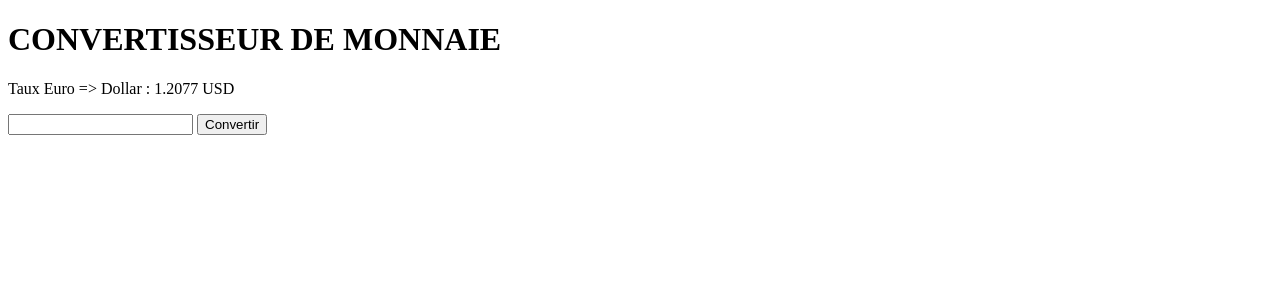
Repository: techmindconsulting/wordshiop-js
Page: index.html
An editor plug-in stored every save of this project. The page is shown before and after a run of saves, followed by the edit.
The browser window is 1280 px wide. The pictures show the whole page.

Above is the page before, as saved 2021-01-17 12:46:56.

After the next 2 saves:
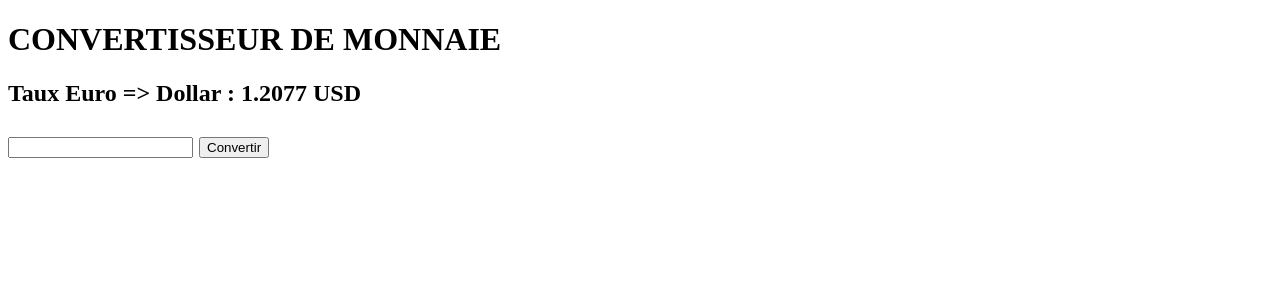
The 2 saves are shown as one change because they came seconds apart.
The last was saved 5 s later.
--- a/index.html
+++ b/index.html
@@ -8,7 +8,7 @@
 </head>
 <body>
     <h1>CONVERTISSEUR DE MONNAIE</h1>
-    <p>Taux Euro => Dollar : 1.2077 USD</p>
+    <h2>Taux Euro => Dollar : 1.2077 USD</p>
     <input type="text" id="amount">
     <input type="button" value="Convertir">
 </body>
